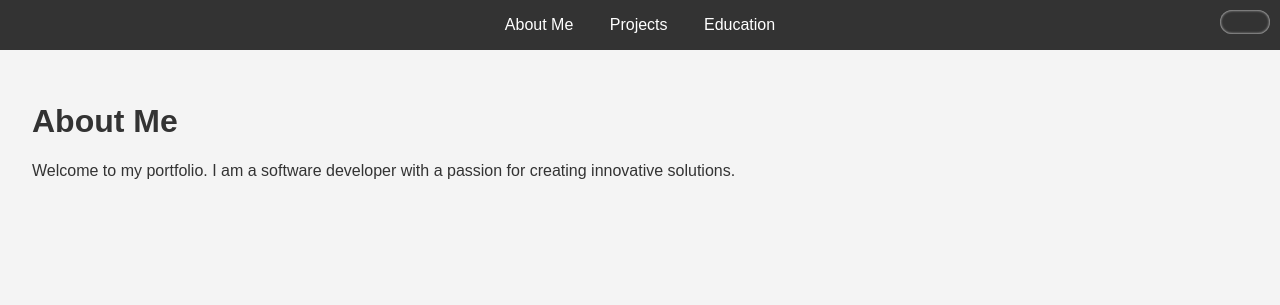
Repository: yssine/Portfolio
Page: http://localhost/
The author's editor kept a copy of each file at every save. The page is drawn from the files as they stood at one save, then again after the next save.
The browser window is 1280 px wide. The pictures show the whole page.
The page is served by the project's application, run on Flask 3 (app.py).

Above is the page before, as saved 2024-07-10 23:12:02.

### templates/about.html
{% extends 'base.html' %}

{% block content %}
<h1>About Me</h1>
<p>Welcome to my portfolio. I am a software developer with a passion for creating innovative solutions.</p>
{% endblock %}

### templates/base.html
<!DOCTYPE html>
<html lang="en">
<head>
    <meta charset="UTF-8">
    <meta name="viewport" content="width=device-width, initial-scale=1.0">
    <title>Yassine Lahmer's Portfolio</title>
    <link rel="icon" type="image/x-icon" href="{{ url_for('static', filename='nerd.png') }}">
    <link rel="stylesheet" href="{{ url_for('static', filename='style.css') }}">
</head>
<body class="light-mode">
    <nav>
        <a href="{{ url_for('about') }}">About Me</a>
        <a href="{{ url_for('projects') }}">Projects</a>
        <a href="{{ url_for('education') }}">Education</a>




        <label class="switch">
            <input type="checkbox" id="theme-switch">
            <span class="slider round">
                <div class="background"></div>
                <div class="star"></div>
                <div class="star"></div>
            </span>

        </label>
    </nav>
    <div class="content">
        {% block content %}{% endblock %}
    </div>
    <script>
        const themeSwitch = document.getElementById('theme-switch');
        const currentTheme = localStorage.getItem('theme') || 'light';

        if (currentTheme === 'dark') {
            document.body.classList.add('dark-mode');
            themeSwitch.checked = true;
        }

        themeSwitch.addEventListener('change', function() {
            if (this.checked) {
                document.body.classList.add('dark-mode');
                localStorage.setItem('theme', 'dark');
            } else {
                document.body.classList.remove('dark-mode');
                localStorage.setItem('theme', 'light');
            }
        });
    </script>


</body>
</html>

### app.py
from flask import Flask, render_template

app = Flask(__name__)

@app.route('/')
def home():
    return render_template('about.html')

@app.route('/about')
def about():
    return render_template('about.html')

@app.route('/projects')
def projects():
    return render_template('projects.html')

@app.route('/education')
def education():
    return render_template('education.html')

if __name__ == '__main__':
    app.run(debug=True)

### static/style.css
body {
    font-family: Arial, sans-serif;
    margin: 0;
    padding: 0;
}

body.light-mode {
    background-color: #f4f4f4;
    color: #333;
}

body.dark-mode {
    background-color: #333;
    color: #f4f4f4;
}

nav {
    background-color: #333;
    color: #fff;
    padding: 1em;
    text-align: center;
}

body.light-mode nav {
    background-color: #333;
    color: #fff;
}

body.dark-mode nav {
    background-color: #f4f4f4;
    color: #333;
}

nav a {
    color: inherit;
    margin: 0 1em;
    text-decoration: none;
}

nav a:hover {
    text-decoration: underline;
}

.content {
    padding: 2em;
}

/* Switch */
.switch {
    position: absolute;
    top: 10px;
    right: 60px;
}

.switch input {
    display: none;
}

.slider {
    position: relative;
    width: 50px;
    height: 24px;
    background-color: #ccc;
    border-radius: 34px;
    cursor: pointer;
    transition: background-color 0.2s;
}

.slider:before {
    content: "";
    position: absolute;
    width: 18px;
    height: 18px;
    border-radius: 50%;
    background-color: white;
    top: 3px;
    left: 3px;
    transition: transform 0.2s;
}

input:checked + .slider {
    background-color: #66bb6a;
}

input:checked + .slider:before {
    transform: translateX(26px);
}

.slider.round {
    border-radius: 34px;
}

.slider.round:before {
    border-radius: 50%;
} */




















/* ######################################################################################### */
/* variables */
:root{
    --dark: #111111;
    --sun: #ffd700;
    --sun-shadow: #987416;
    --moon: #dddddd;
    --moon-shadow: #808080;
    --star: #ffffff;
    --cloud: #ffffff;
    --crater: #535370;
    --shadow-01: #80808077;
    --shadow-02: #ffffff22;
    --shadow-03: #555555;
    --white: #ffffff;
    --background-day: linear-gradient(skyblue, cadetblue);
    --background-night: linear-gradient(-45deg, #222, #000030);
  }
  .container{
    position: relative;
    display: inline-block;
    width: 80px;
    height: 34px;
    -webkit-transform: scale(3);
    transform: scale(3);
  }
  .container input{
    opacity: 0;
    width: 0;
    height: 0;
  }
  .slider{
    position: absolute;
    cursor: pointer;
    inset: 0;
    background: var(--background-day);
    box-shadow: inset 0 0 3px;
    -webkit-transition: 0.4s;
    transition: 0.4s;
    filter: drop-shadow(0 0 2px var(--dark));
    overflow: hidden;
    z-index: 1;
  }
  .slider::before{
    position: absolute;
    content: "";
    height: 26px;
    width: 26px;
    left: 4px;
    bottom: 4px;
    background-color: var(--sun);
    -webkit-transition: 0.4s;
    transition: 0.4s;
    box-shadow:
      inset 0 -1px 2px var(--sun-shadow),
      0 1px 2px var(--shadow-01),
      0 0 0 10px var(--shadow-02),
      0 0 0 20px var(--shadow-02),
      10px 0 0 20px var(--shadow-02);
  }
  input:checked + .slider{
    background: var(--background-night);
    filter: drop-shadow(0 0 2px var(--white));
  }

  input:checked + .slider:before{
    background: var(--moon);
    -webkit-transform: translateX(180%);
    -ms-transform: translateX(180%);
    transform: translateX(180%);
    box-shadow:
      inset 0 -1px 2px var(--moon-shadow),
      0 1px 2px var(--shadow-03),
      0 0 0 10px var(--shadow-02),
      0 0 0 20px var(--shadow-02),
      -10px 0 0 20px var(--shadow-02);
  }
  .slider::after{
    content: "";
    position: absolute;
    background: var(--crater);
    width: 4px;
    height: 4px;
    border-radius: 50%;
    bottom: 65%;
    right: 16%;
    box-shadow:
      -8px 7px 0 3px var(--crater),
      2px 10px 0 var(--crater)
    ;
    -webkit-transition: .4s;
    transition: .4s;
    -webkit-transform: scale(0) rotate(360deg);
    transform: scale(0) rotate(360deg);
    filter: saturate(.75);
  }
  input:checked + .slider::after{
    -webkit-transform: scale(1) rotate(-24deg);
    transform: scale(1) rotate(-24deg);
  }
  input:checked + .slider .background{
    -webkit-transform: translateY(260%);
    transform: translateY(260%);
    opacity: 0;
  }
  .star{
    -webkit-transform: scale(0);
    transform: scale(0);
    -webkit-transition: .4s;
    transition: .4s;
  }
  input:checked + .slider .star{
    position: absolute;
    width: 0;
    height: 0;
    border: 10px solid transparent;
    border-bottom: 7px solid var(--star);
    transform: rotate(35deg);
    border-top: none;
    margin: 5px 0;
    -webkit-transform: scale(.3) translate(50%);
    transform: scale(.3) translate(50%);
  }
  input:checked + .slider .star:last-child{
    -webkit-transform: scale(.4) translate(225%, 300%);
    transform: scale(.4) translate(225%, 300%);
  }
  input:checked + .slider .star::before,
  input:checked + .slider .star::after{
    content: "";
    position: absolute;
    width: 0;
    height: 0;
    border-top: none;
  }
  input:checked + .slider .star::before{
    border: 3px solid transparent;
    border-bottom: 8px solid var(--star);
    -webkit-transform: rotate(35deg);
    transform: rotate(35deg);
    top: -7.5px;
    left: 1.5px;
  }
  input:checked + .slider .star::after{
    border: 10px solid transparent;
    border-bottom: 7px solid var(--star);
    -webkit-transform: rotate(70deg);
    transform: rotate(70deg);
    top: -7px;
    left: -4.5px;
  }
  .slider.round {
    border-radius: 34px;
  }
  .slider.round:before {
    border-radius: 50%;
  }
  .background{
    position: absolute;
    width: 10px;
    height: 10px;
    background: var(--cloud);
    border-radius: 50%;
    bottom: 0;
    right: 0;
    box-shadow:
      0 -10px 0 8px var(--cloud),
      -10px 0px 0 8px var(--cloud),
      -45px 4px 0 5px var(--cloud),
      -60px 0px 0 3px var(--cloud),
      -29px 2px 0 8px var(--cloud)
    ;
    -webkit-transition: .4s;
    transition: .4s;
  }

  /* #################################################################### */

After the next save:
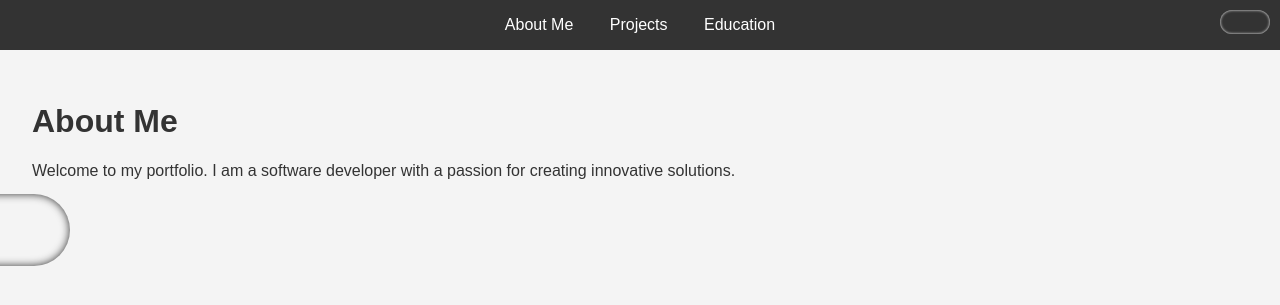
Saved 6 s later.
--- a/templates/base.html
+++ b/templates/base.html
@@ -21,8 +21,7 @@
             <span class="slider round">
                 <div class="background"></div>
                 <div class="star"></div>
-                <div class="star"></div>
-            </span>
+                <div class="star"></div></span>
 
         </label>
     </nav>
@@ -49,6 +48,14 @@
         });
     </script>
 
+    <label class="container">
+        <input type="checkbox" id="toggle"/>
+        <span class="slider round">
+        <div class="background"></div>
+        <div class="star"></div>
+        <div class="star"></div>
+        </span>
+    </label>
 
 </body>
 </html>

After the 4 saves that followed:
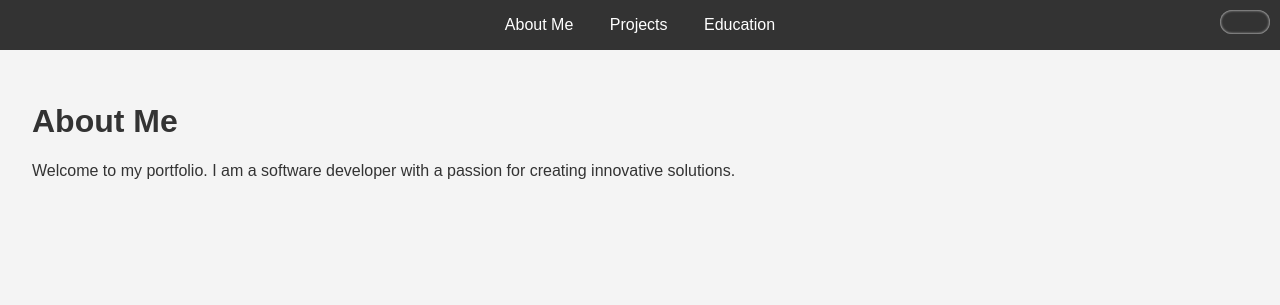
The 4 saves are shown as one change because 2 left the picture as it was and some came seconds apart.
The last was saved 2 min 19 s later.
--- a/templates/base.html
+++ b/templates/base.html
@@ -18,11 +18,7 @@
 
         <label class="switch">
             <input type="checkbox" id="theme-switch">
-            <span class="slider round">
-                <div class="background"></div>
-                <div class="star"></div>
-                <div class="star"></div></span>
-
+            <span class="slider round"></span>
         </label>
     </nav>
     <div class="content">
@@ -48,14 +44,7 @@
         });
     </script>
 
-    <label class="container">
-        <input type="checkbox" id="toggle"/>
-        <span class="slider round">
-        <div class="background"></div>
-        <div class="star"></div>
-        <div class="star"></div>
-        </span>
-    </label>
+
 
 </body>
 </html>
--- a/static/style.css
+++ b/static/style.css
@@ -288,5 +288,4 @@ input:checked + .slider:before {
     -webkit-transition: .4s;
     transition: .4s;
   }
-
   /* #################################################################### */
